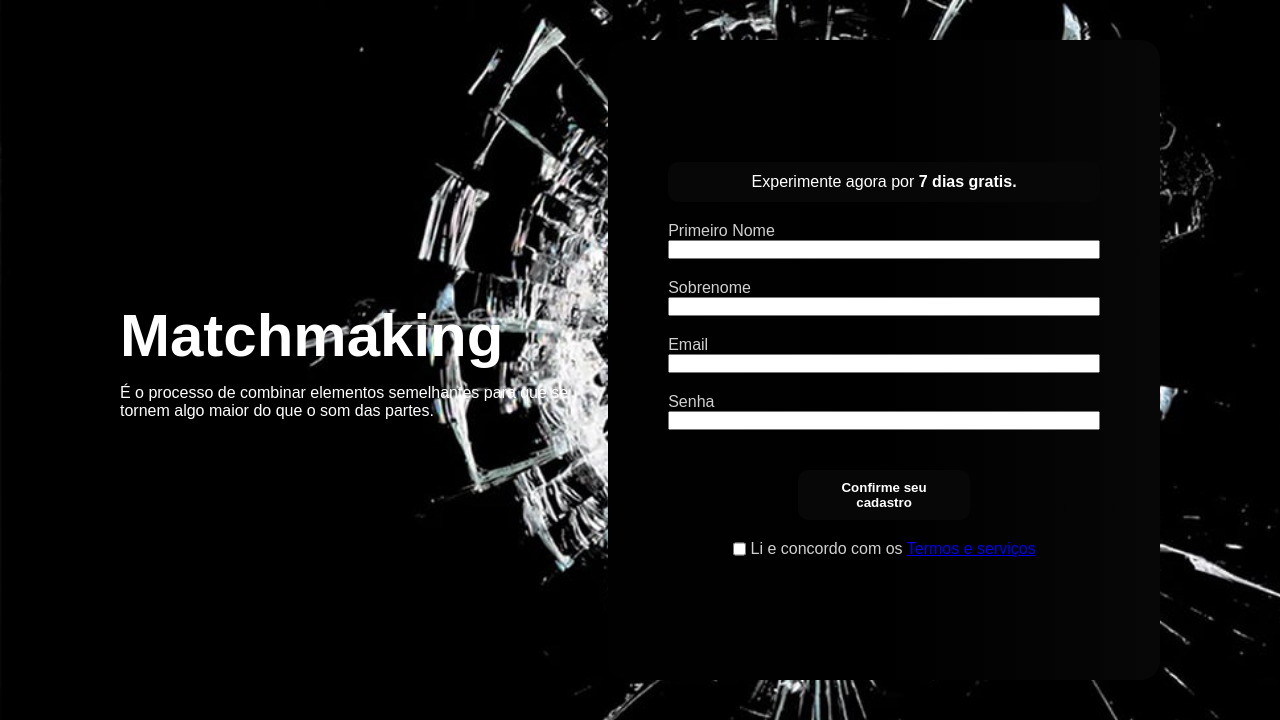
Repository: analessp/tela-login
Page: index.html
The author's editor kept a copy of each file at every save. The page is drawn from the files as they stood at one save, then again after a run of saves.
The browser window is 1280 px wide. The pictures show the whole page.
Some web fonts or font styles are not loaded; a fallback is used.

Above is the page before, as saved 2025-04-16 11:48:40.

After the next 4 saves:
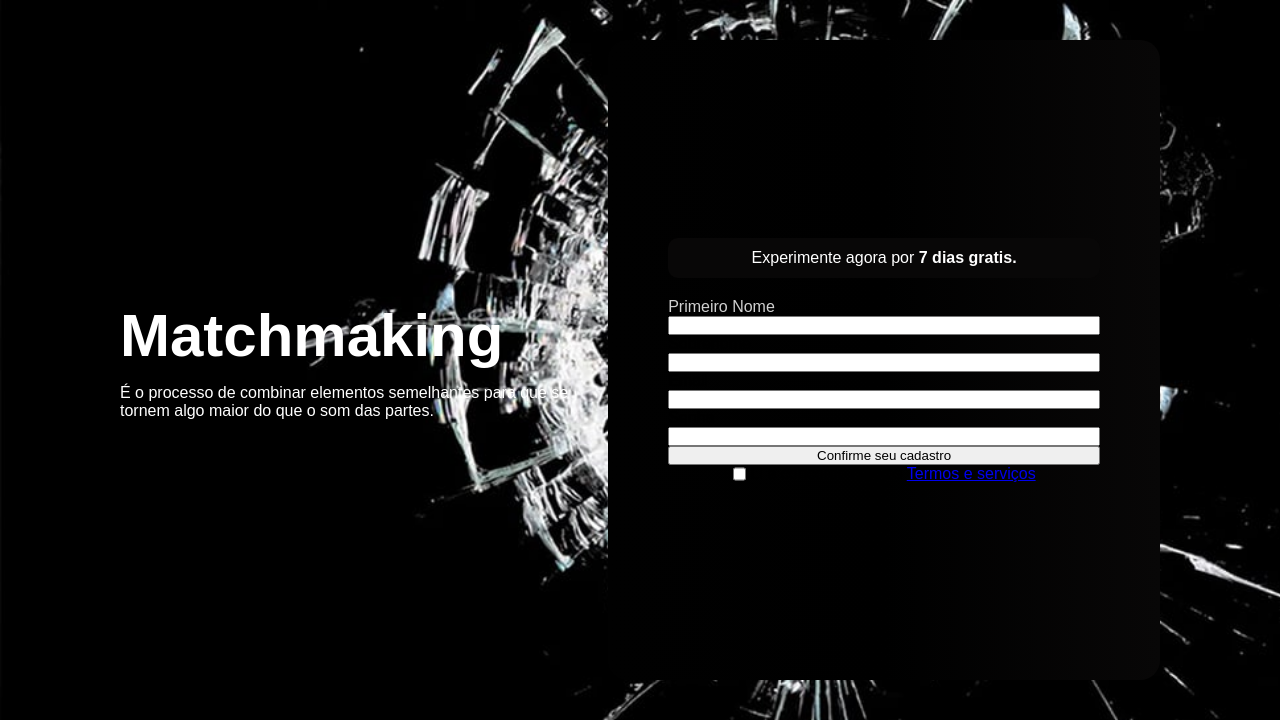
The 4 saves are shown as one change because they came seconds apart.
The last was saved 4 min 27 s later.
--- a/index.html
+++ b/index.html
@@ -22,7 +22,7 @@
         <div class="forms">
           <form>
 
-            <div>
+            <di class="forms__info">
               <label for="name">
                 <p>Primeiro Nome</p>
                 <input id="name" type="text" />

After the 4 saves that followed:
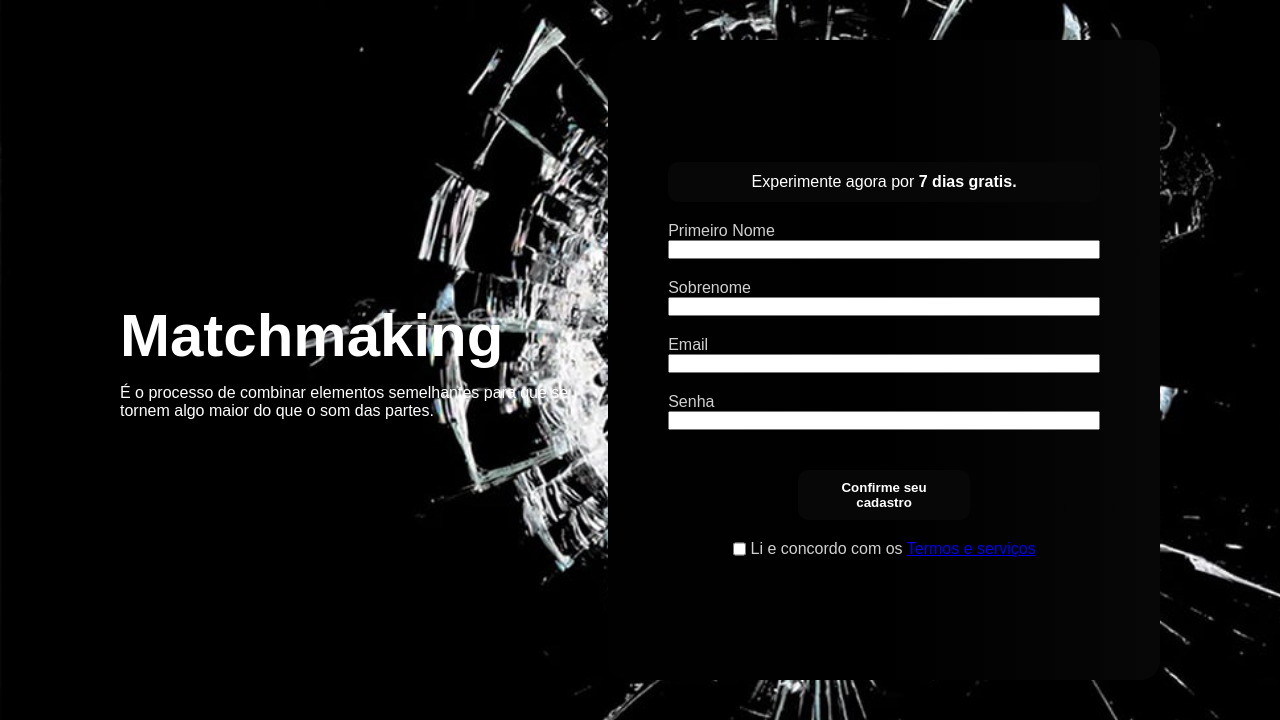
The 4 saves are shown as one change because 3 left the picture as it was.
The last was saved 2 min 30 s later.
--- a/index.html
+++ b/index.html
@@ -22,13 +22,12 @@
         <div class="forms">
           <form>
 
-            <di class="forms__info">
+            <div class="forms__info">
               <label for="name">
                 <p>Primeiro Nome</p>
                 <input id="name" type="text" />
               </label>
             </div>
-
             <div>
                 <label for="lastname">
                     <p>Sobrenome</p>
